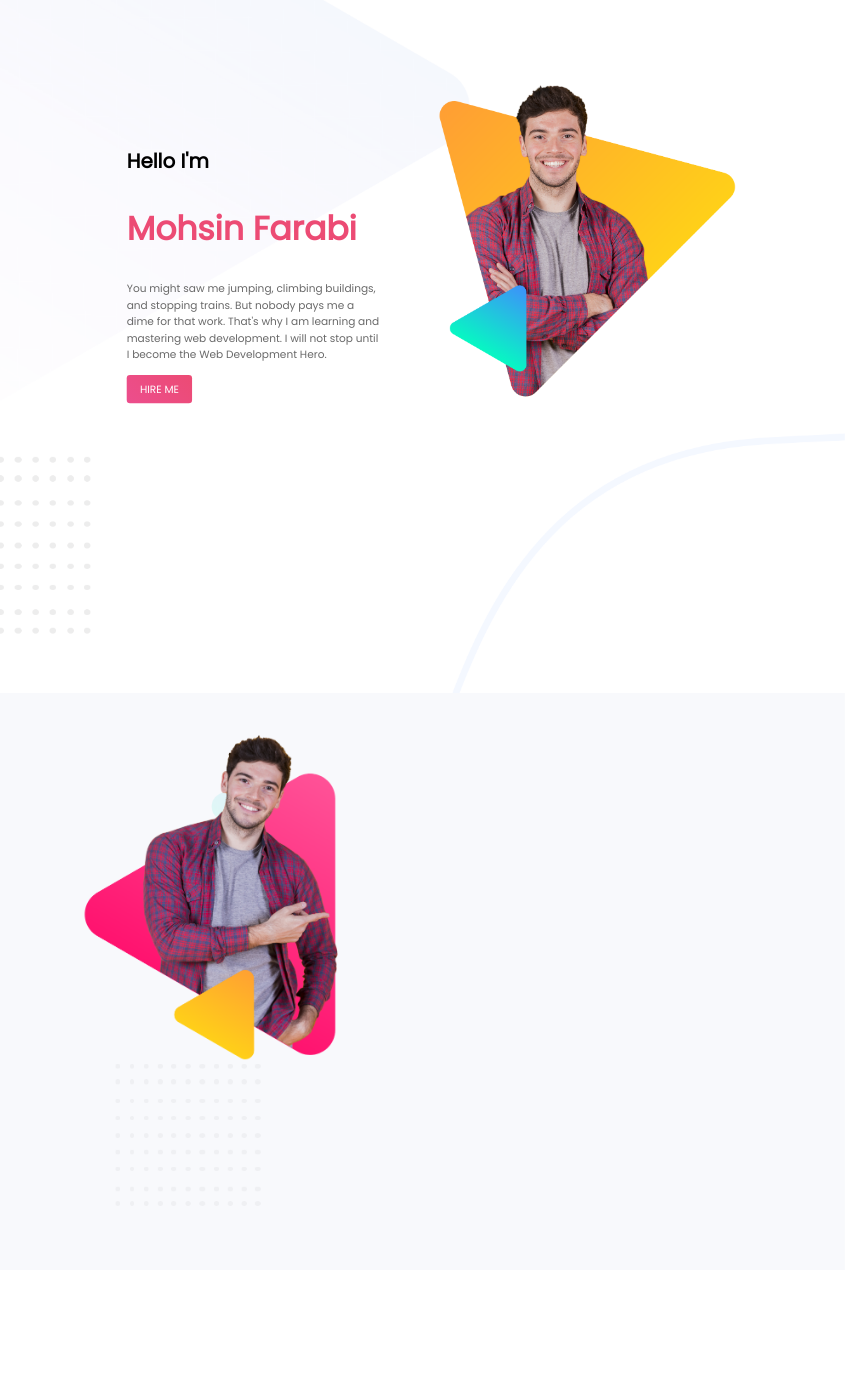
Repository: mohsinfarabi/personal-website
Page: index.html
The author's editor kept a copy of each file at every save. The page is drawn from the files as they stood at one save, then again after the next save.
The browser window is 1280 px wide. The pictures show the whole page, at 66% of full size.

Above is the page before, as saved 2020-07-01 15:53:08.

After the next save:
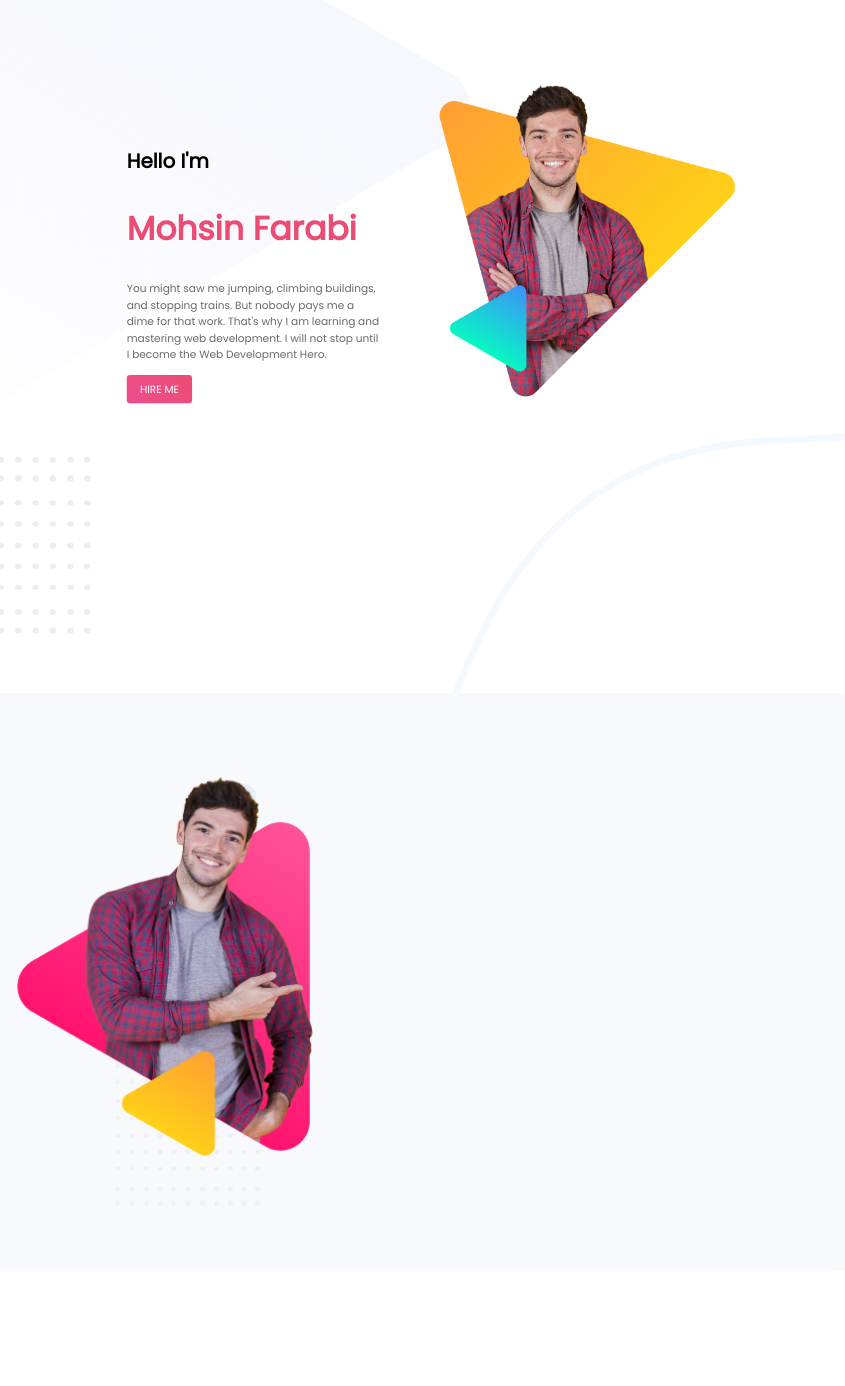
Saved 2 min 39 s later.
--- a/index.html
+++ b/index.html
@@ -23,7 +23,7 @@
         </div>
     </section>
     <section class="biography">
-        <div class="half-width">
+        <div class="img-width">
             <img src="images/peter_dream.png" alt="">
         </div>
         <div class="half-width">

After the save that followed:
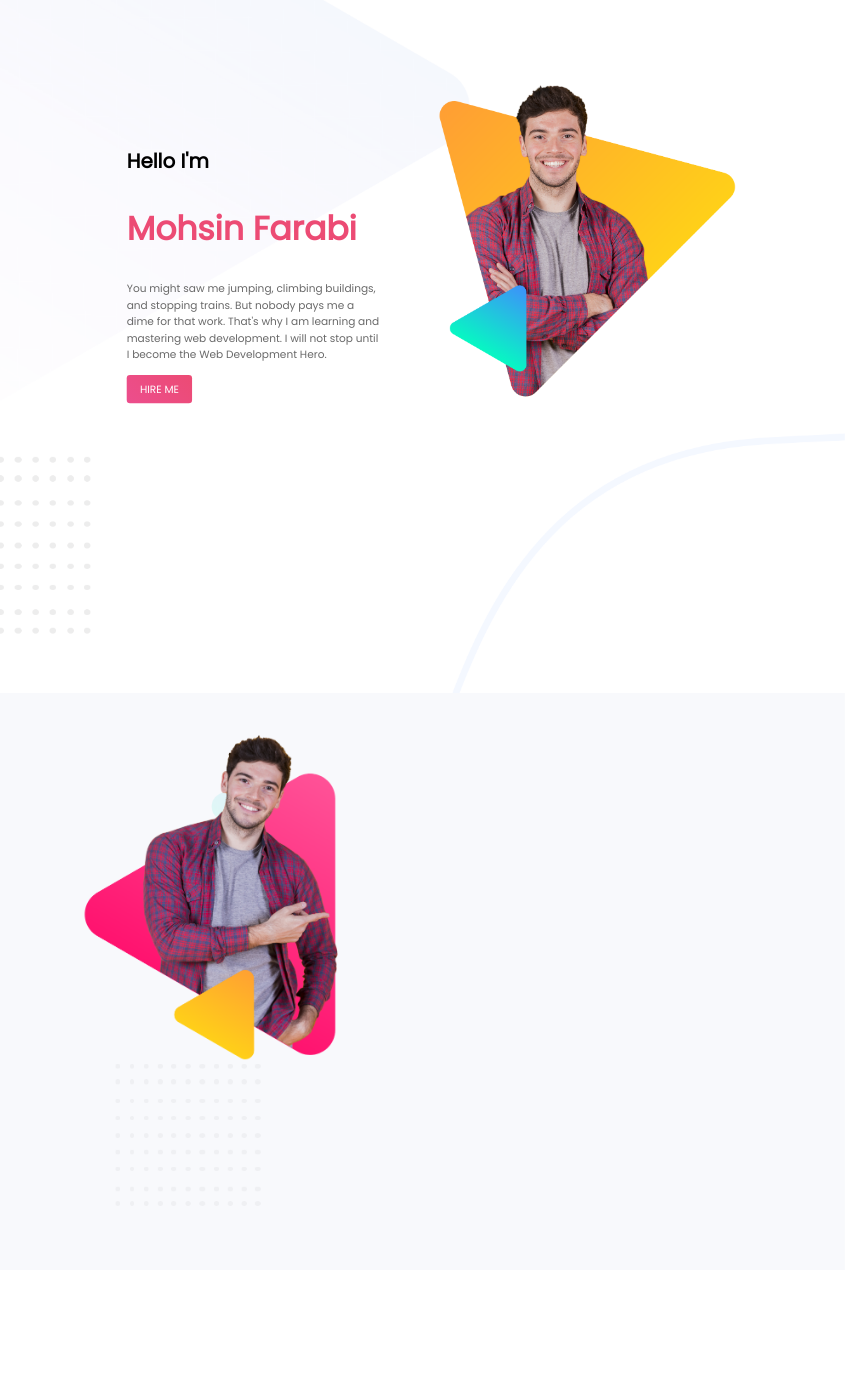
Saved 9 s later.
--- a/index.html
+++ b/index.html
@@ -23,7 +23,7 @@
         </div>
     </section>
     <section class="biography">
-        <div class="img-width">
+        <div class="half-width">
             <img src="images/peter_dream.png" alt="">
         </div>
         <div class="half-width">
